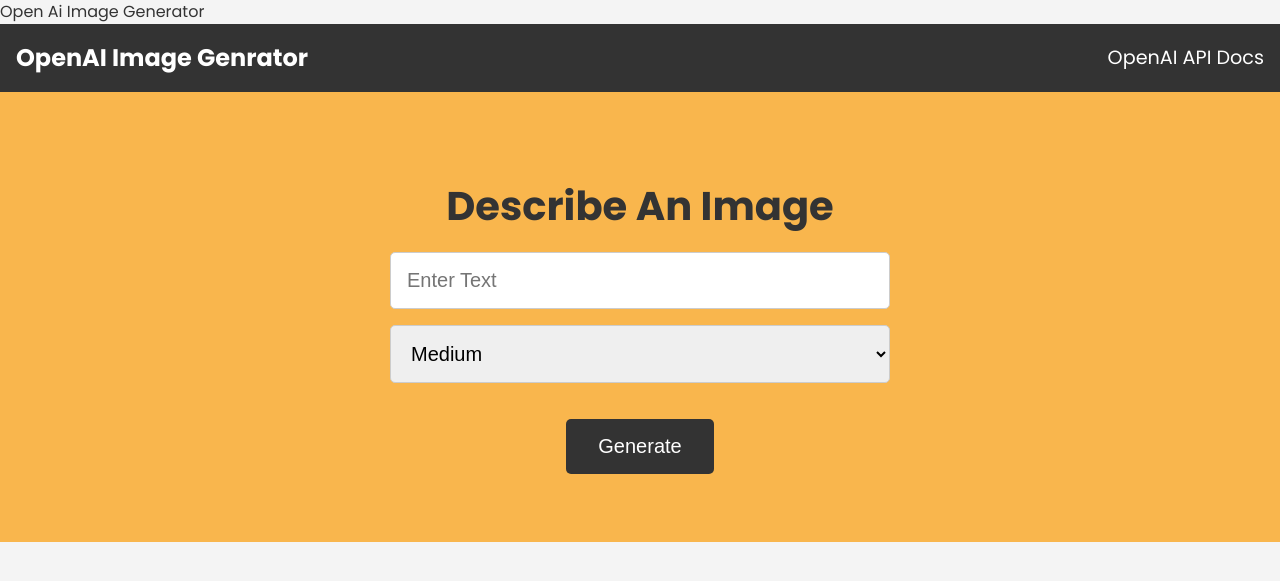
Repository: lvcg/aiimagegenerator
Page: public/index.html
An editor plug-in stored every save of this project. The page is shown before and after the next save, followed by the edit.
The browser window is 1280 px wide. The pictures show the whole page.

Above is the page before, as saved 2022-12-17 11:03:46.

### public/index.html
<html lang="en">
<head>
    <meta charset="UTF-8">
    <meta http-equiv="X-UA-Compatible" content="IE=edge">
    <meta name="viewport" content="width=device-width, initial-scale=1.0">
    <link rel="stylesheet" href="css/style.css" />
    <link rel="stylesheet" href="css/spinner.css"
    <title>Open Ai Image Generator</title>
</head>
<body>
    <header>
        <div class="navbar">
          <div class="logo">
            <h2>OpenAI Image Genrator</h2>
          </div>
          <div class="nav-links">
            <ul>
              <li>
                <a href="https://beta.openai.com/docs" target="_blank"
                  >OpenAI API Docs</a
                >
              </li>
            </ul>
          </div>
        </div>
      </header>

      <main>
        <section class="showcase">
          <form id="image-form">
            <h1>Describe An Image</h1>
            <div class="form-control">
              <input type="text" id="prompt" placeholder="Enter Text" />
            </div>
            <!-- size -->
            <div class="form-control">
              <select name="size" id="size">
                <option value="small">Small</option>
                <option value="medium" selected>Medium</option>
                <option value="large">Large</option>
              </select>
            </div>
            <button type="submit" class="btn">Generate</button>
          </form>
        </section>

        <section class="image">
          <div class="image-container">
            <h2 class="msg"></h2>
            <img src="" alt="" id="image" />
          </div>
        </section>
      </main>

      <div class="spinner"></div>
</body>
</html>

### public/css/style.css
@import url('https://fonts.googleapis.com/css2?family=Poppins:wght@300;400;700&display=swap');

*,
*:before,
*:after {
  box-sizing: border-box;
  margin: 0;
  padding: 0;
}

:root {
  --primary-color: #f9b64d;
}

body {
  font-family: 'Poppins', sans-serif;
  font-size: 16px;
  line-height: 1.5;
  color: #333;
  background: #f4f4f4;
}

/* Navbar */
.navbar {
  background: #333;
  color: #fff;
  padding: 1rem;
  display: flex;
  justify-content: space-between;
  align-items: center;
}

.navbar ul {
  list-style: none;
  display: flex;
}

.navbar ul li {
  margin-left: 1rem;
}

.navbar a {
  color: #fff;
  text-decoration: none;
  font-size: 1.2rem;
}

.navbar a:hover {
  color: var(--primary-color);
}

/* Showcase */
.showcase {
  height: 450px;
  width: 100%;
  background: var(--primary-color);
}

.showcase h1 {
  font-size: 2.5rem;
  color: #333;
  text-align: center;
  padding: 1rem 0;
}

.showcase form {
  display: flex;
  align-items: center;
  justify-content: center;
  flex-direction: column;
  height: 100%;
  width: 100%;
}

.showcase form input,
form select {
  font-size: 20px;
  width: 500px;
  max-width: 500px;
  padding: 1rem;
  border: 1px solid #ccc;
  border-radius: 5px;
  margin-bottom: 1rem;
}

form button {
  font-size: 20px;
  padding: 1rem 2rem;
  border: none;
  border-radius: 5px;
  background: #333;
  color: #fff;
  cursor: pointer;
  margin-top: 20px;
}

form button:hover {
  transform: scale(1.1);
}

/* Image */

.image {
  width: 100%;
  margin-top: 2rem;
}

img {
  display: block;
  margin: auto;
}

.msg {
  font-size: 1.6rem;
  text-align: center;
  margin-top: 1rem;
}

### public/css/spinner.css
/* Spinner From: https://codepen.io/tbrownvisuals/pen/edGYvx */
.spinner {
    position: fixed;
    z-index: 999;
    height: 2em;
    width: 2em;
    overflow: show;
    margin: auto;
    top: 0;
    left: 0;
    bottom: 0;
    right: 0;
    display: none;
  }

  .show {
    display: block;
  }

  /* Transparent Overlay */
  .spinner:before {
    content: '';
    display: block;
    position: fixed;
    top: 0;
    left: 0;
    width: 100%;
    height: 100%;
    background: radial-gradient(rgba(20, 20, 20, 0.8), rgba(0, 0, 0, 0.8));

    background: -webkit-radial-gradient(
      rgba(20, 20, 20, 0.8),
      rgba(0, 0, 0, 0.8)
    );
  }

  /* :not(:required) hides these rules from IE9 and below */
  .spinner:not(:required) {
    /* hide "loading..." text */
    font: 0/0 a;
    color: transparent;
    text-shadow: none;
    background-color: transparent;
    border: 0;
  }

  .spinner:not(:required):after {
    content: '';
    display: block;
    font-size: 10px;
    width: 1em;
    height: 1em;
    margin-top: -0.5em;
    -webkit-animation: spinner 150ms infinite linear;
    -moz-animation: spinner 150ms infinite linear;
    -ms-animation: spinner 150ms infinite linear;
    -o-animation: spinner 150ms infinite linear;
    animation: spinner 150ms infinite linear;
    border-radius: 0.5em;
    -webkit-box-shadow: rgba(255, 255, 255, 0.75) 1.5em 0 0 0,
      rgba(255, 255, 255, 0.75) 1.1em 1.1em 0 0,
      rgba(255, 255, 255, 0.75) 0 1.5em 0 0,
      rgba(255, 255, 255, 0.75) -1.1em 1.1em 0 0,
      rgba(255, 255, 255, 0.75) -1.5em 0 0 0,
      rgba(255, 255, 255, 0.75) -1.1em -1.1em 0 0,
      rgba(255, 255, 255, 0.75) 0 -1.5em 0 0,
      rgba(255, 255, 255, 0.75) 1.1em -1.1em 0 0;
    box-shadow: rgba(255, 255, 255, 0.75) 1.5em 0 0 0,
      rgba(255, 255, 255, 0.75) 1.1em 1.1em 0 0,
      rgba(255, 255, 255, 0.75) 0 1.5em 0 0,
      rgba(255, 255, 255, 0.75) -1.1em 1.1em 0 0,
      rgba(255, 255, 255, 0.75) -1.5em 0 0 0,
      rgba(255, 255, 255, 0.75) -1.1em -1.1em 0 0,
      rgba(255, 255, 255, 0.75) 0 -1.5em 0 0,
      rgba(255, 255, 255, 0.75) 1.1em -1.1em 0 0;
  }

  /* Animation */

  @-webkit-keyframes spinner {
    0% {
      -webkit-transform: rotate(0deg);
      -moz-transform: rotate(0deg);
      -ms-transform: rotate(0deg);
      -o-transform: rotate(0deg);
      transform: rotate(0deg);
    }
    100% {
      -webkit-transform: rotate(360deg);
      -moz-transform: rotate(360deg);
      -ms-transform: rotate(360deg);
      -o-transform: rotate(360deg);
      transform: rotate(360deg);
    }
  }
  @-moz-keyframes spinner {
    0% {
      -webkit-transform: rotate(0deg);
      -moz-transform: rotate(0deg);
      -ms-transform: rotate(0deg);
      -o-transform: rotate(0deg);
      transform: rotate(0deg);
    }
    100% {
      -webkit-transform: rotate(360deg);
      -moz-transform: rotate(360deg);
      -ms-transform: rotate(360deg);
      -o-transform: rotate(360deg);
      transform: rotate(360deg);
    }
  }
  @-o-keyframes spinner {
    0% {
      -webkit-transform: rotate(0deg);
      -moz-transform: rotate(0deg);
      -ms-transform: rotate(0deg);
      -o-transform: rotate(0deg);
      transform: rotate(0deg);
    }
    100% {
      -webkit-transform: rotate(360deg);
      -moz-transform: rotate(360deg);
      -ms-transform: rotate(360deg);
      -o-transform: rotate(360deg);
      transform: rotate(360deg);
    }
  }
  @keyframes spinner {
    0% {
      -webkit-transform: rotate(0deg);
      -moz-transform: rotate(0deg);
      -ms-transform: rotate(0deg);
      -o-transform: rotate(0deg);
      transform: rotate(0deg);
    }
    100% {
      -webkit-transform: rotate(360deg);
      -moz-transform: rotate(360deg);
      -ms-transform: rotate(360deg);
      -o-transform: rotate(360deg);
      transform: rotate(360deg);
    }
  }

After the next save:
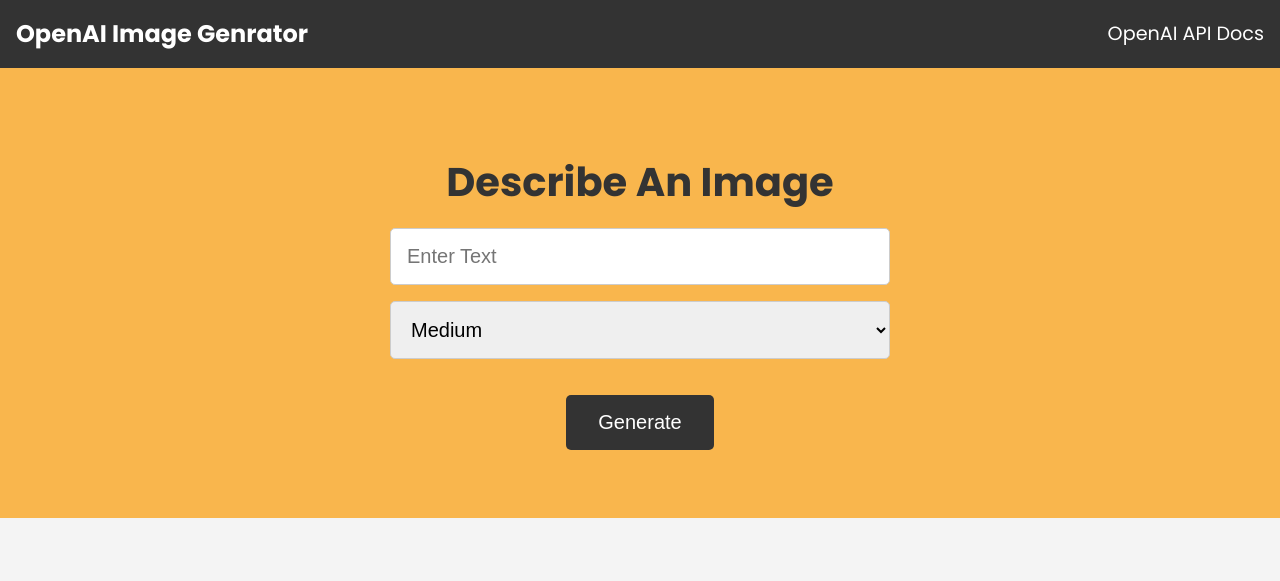
Saved 8 s later.
--- a/public/index.html
+++ b/public/index.html
@@ -4,7 +4,7 @@
     <meta http-equiv="X-UA-Compatible" content="IE=edge">
     <meta name="viewport" content="width=device-width, initial-scale=1.0">
     <link rel="stylesheet" href="css/style.css" />
-    <link rel="stylesheet" href="css/spinner.css"
+    <link rel="stylesheet" href="css/spinner.css" />
     <title>Open Ai Image Generator</title>
 </head>
 <body>

After the 3 saves that followed:
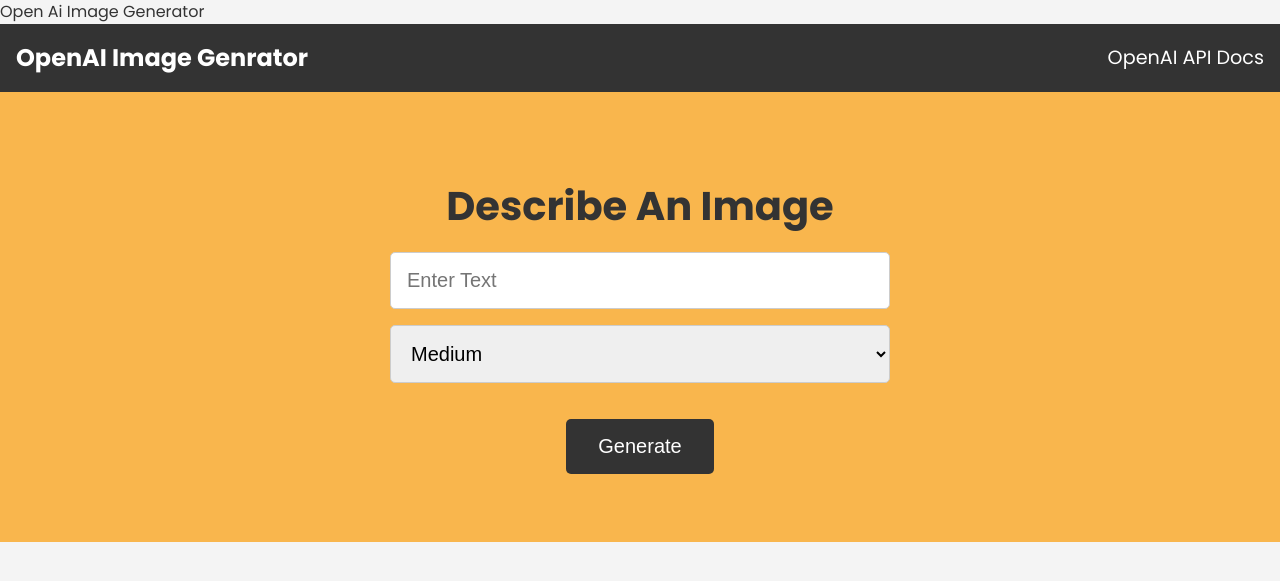
The 3 saves are shown as one change because they came seconds apart.
The last was saved 21 s later.
--- a/public/index.html
+++ b/public/index.html
@@ -5,6 +5,8 @@
     <meta name="viewport" content="width=device-width, initial-scale=1.0">
     <link rel="stylesheet" href="css/style.css" />
     <link rel="stylesheet" href="css/spinner.css" />
+
+    <scrip
     <title>Open Ai Image Generator</title>
 </head>
 <body>
